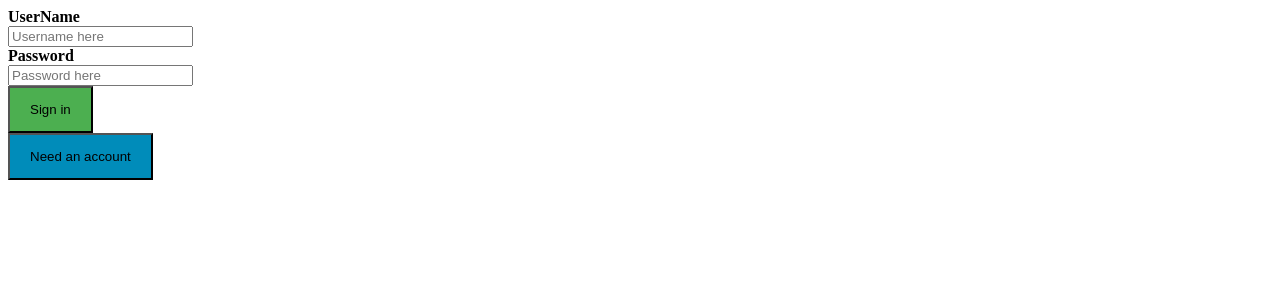
Repository: hamshini/demopro
Page: wippro/Application/WebContent/signin.html
These files come from the project's save history. The page is drawn as it stood at one moment and after the next save; the edit follows.
The browser window is 1280 px wide. The pictures show the whole page.

Above is the page before, as saved 2018-01-06 05:41:33.

### wippro/Application/WebContent/signin.html
<!DOCTYPE html>
<html>
<head>
<meta charset="ISO-8859-1">
<title>Insert title here</title>
</head>
<style>
.needacc {
    padding: 14px 20px;
    background-color: #008CBA;
}
.signinbtn{
 padding: 14px 20px;
    background-color: #4CAF50;
}
</style>
<body>
<form >
<div class="form-group">
 <label><b>UserName</b></label><br>
    <input type="text" placeholder="Username here"  class="form-control" name="user" required><br>
    <label><b>Password</b></label><br>
    <input type="text" placeholder="Password here"  class="form-control" name="pwd" required><br>
    </div>
     <div class="clearfix">
      <button type="button" class="signinbtn">Sign in</button>

      </div>
      <div class="clearfix">
      <button type="button" class="needacc">Need an account</button>

      </div>
    </form>
</body>
</html>

After the next save:
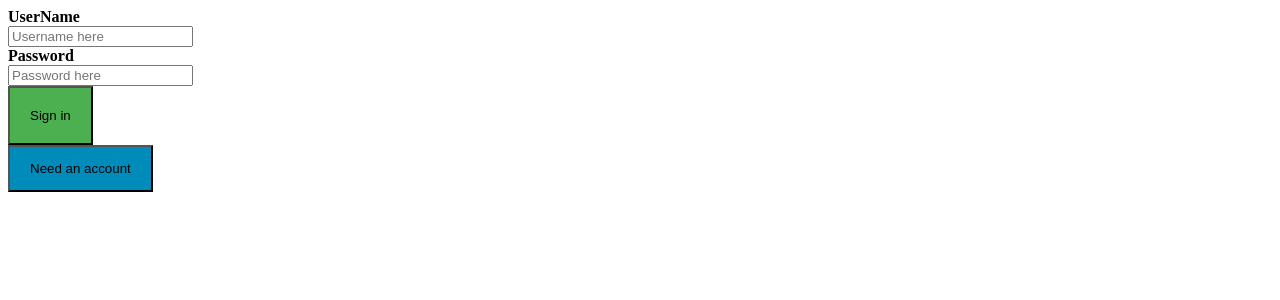
Saved 19 s later.
--- a/wippro/Application/WebContent/signin.html
+++ b/wippro/Application/WebContent/signin.html
@@ -10,7 +10,7 @@
     background-color: #008CBA;
 }
 .signinbtn{
- padding: 14px 20px;
+ padding: 20px 20px;
     background-color: #4CAF50;
 }
 </style>
